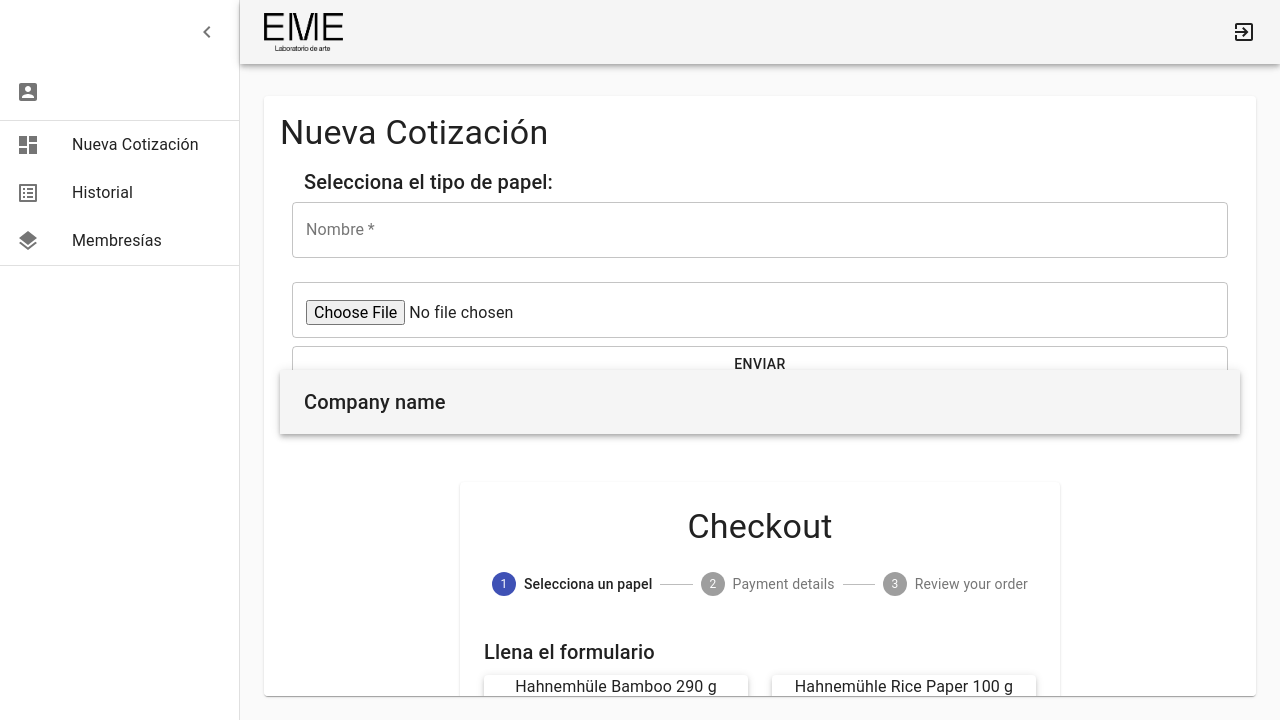
Repository: BrendaCarranco/eme-lab
Page: /Trabajo
An editor plug-in stored every save of this project. The page is shown before and after the next save, followed by the edit.
The browser window is 1280 px wide. The pictures show the whole page.
An inner scrolling area shows only its first screen. Some web libraries are served in a nearby version. The project was rebuilt for these pictures with package versions that can differ from the ones it lists, and the page was loaded fresh each time. Also part of the build but not shown: src/components/buildingPage/Building.js, src/temaConfig.js, src/components/buildingPage/Landing.js, src/components/login/Reset.js, src/components/Dashboard/Historial.js, src/components/Dashboard/Membresias.js, src/components/Dashboard/SizeForm.js, src/components/Dashboard/Review.js and 6 more.

Above is the page before, as saved 2020-08-30 20:03:43.

After the next save:
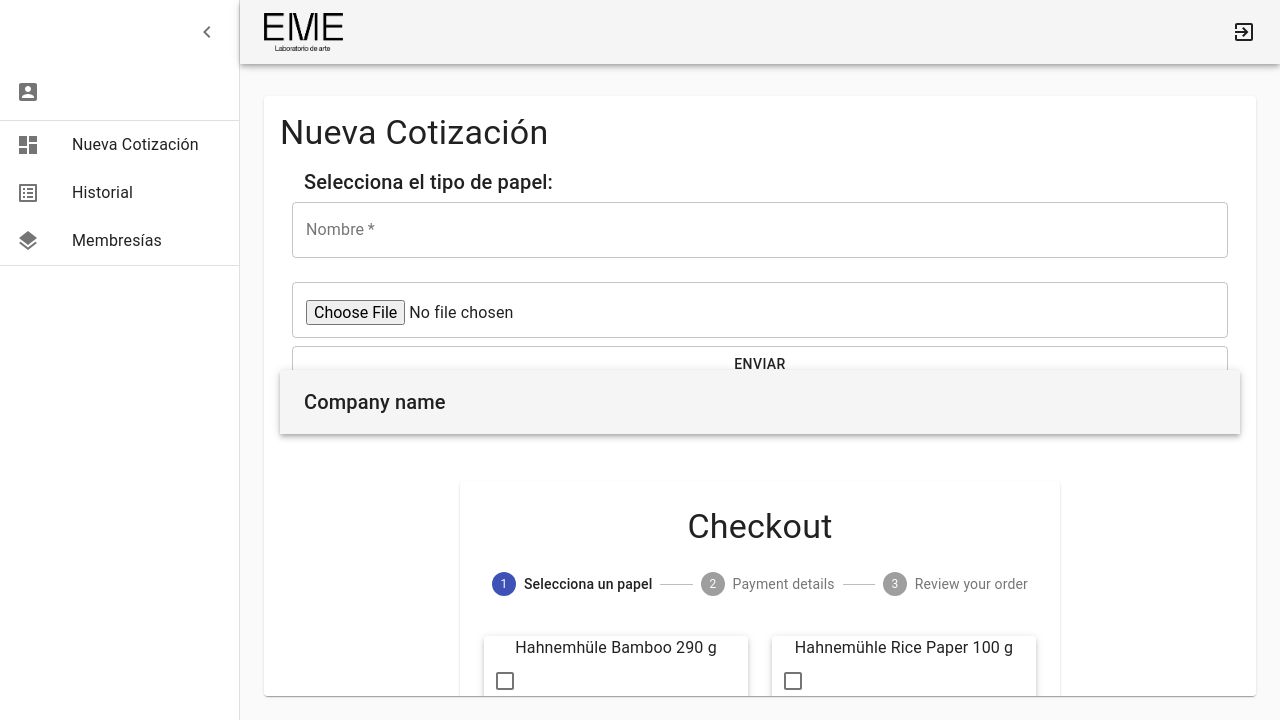
Saved 46 s later.
--- a/src/components/Dashboard/PaperForm.js
+++ b/src/components/Dashboard/PaperForm.js
@@ -11,56 +11,10 @@ import Checkbox from '@material-ui/core/Checkbox';
 import Paper from '@material-ui/core/Paper';
 
 
-export default function PaperForm({ firebaseUser, setUsersFiles, usersFiles }) {
-    const [fileUrl, setFileUrl] = useState(null);
-    const [input, setInput] = useState('');
+export default function PaperForm() {
 
-
-    let time = Date.now();
-    let timeFormat = moment(time).format('LLL');
-
-    const handleChangeFile = async e => {
-      const file = e.target.files[0];
-      const storageRef = firebase.storage().ref('Cotizaciones').child(firebaseUser.email);
-      const fileRef = storageRef.child(file.name);
-      await fileRef.put(file);
-      setFileUrl(await fileRef.getDownloadURL());
-    };
-
-    const handleSubmit = e => {
-      e.preventDefault();
-      //console.log('submit');
-
-      const username = e.target.username.value;
-      setInput(username);
-      if (!username) {
-        return;
-      }
-
-      const newUserFile = {
-        name: username,
-        fileLink: fileUrl,
-        date: timeFormat,
-        email: firebaseUser.email,
-        user: firebaseUser.displayName,
-        status: 'Pendiente'
-      };
-      //esta sube la imegen
-      firebase.firestore().collection('files').doc().set(newUserFile);
-      setUsersFiles([
-        ...usersFiles,
-        { ...newUserFile }
-
-      ]);
-      setInput('');
-      setFileUrl('');
-      return alert('archivo subido');
-    };
   return (
     <React.Fragment>
-      <Typography variant="h6" gutterBottom>
-        Llena el formulario
-      </Typography>
       <Grid container spacing={3}>
 
         <Grid item xs={12} sm={6}>
@@ -102,31 +56,8 @@ export default function PaperForm({ firebaseUser, setUsersFiles, usersFiles }) {
             </Typography>
             <Checkbox/>
           </Paper>
-          </Grid><TextField
-             variant="outlined"
-             margin="normal"
-             required
-             fullWidth
-             id="outlined-basic"
-             label="Nombre"
-             name='username'
-             onChange={e => setInput(e.target.value)}
-             value={input}
-          />
-           <TextField
-            variant="outlined"
-            margin="normal"
-            required
-            fullWidth
-            id="outlined-basic"
-            name='file'
-            type='file'
-            onChange={handleChangeFile}
-          />
+          </Grid>
 
-        <Typography variant="h6" gutterBottom>
-        Selecciona el tipo de papel.
-      </Typography>
       <Grid item xs={12} sm={12}>
 
       </Grid>
